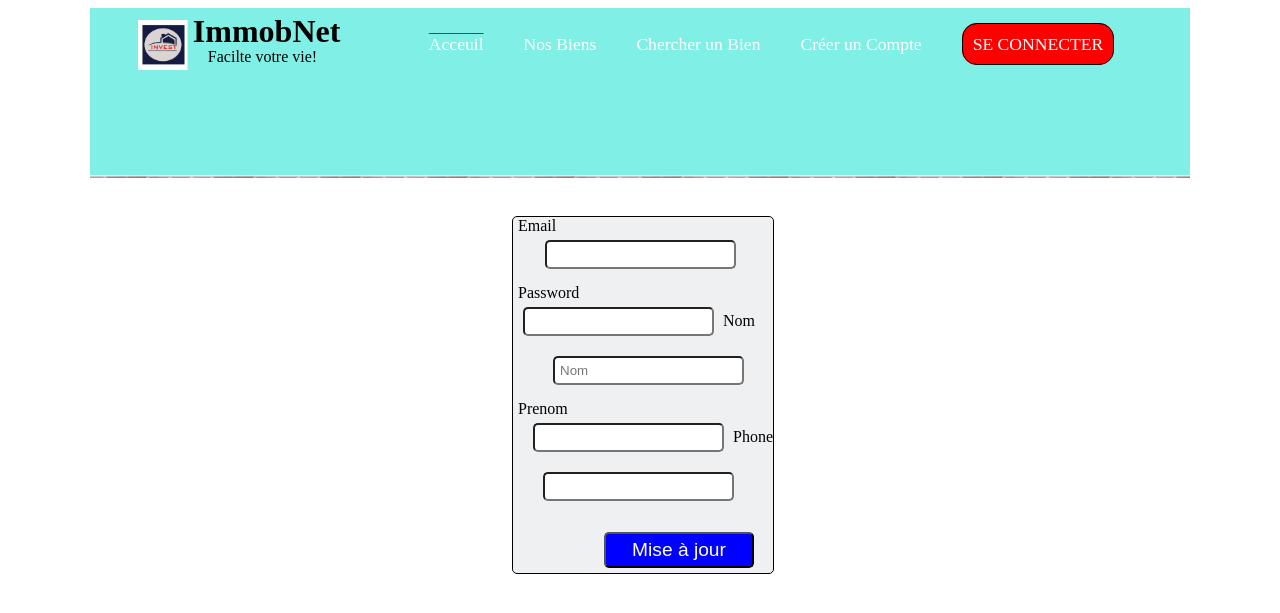
Repository: hassen-mnejja/Real_Estate_Agency_Website
Page: http://localhost/frontoffice/Personnel
An editor plug-in stored every save of this project. The page is shown before and after the next save, followed by the edit.
The browser window is 1280 px wide. The pictures show the whole page.
The page is served by Tomcat 9. Other server files are loaded and not shown.

Above is the page before, as saved 2020-06-26 17:37:38.

### frontoffice/WebContent/WEB-INF/personnel.jsp
<%@ page pageEncoding="UTF-8" %>
<%@ taglib uri="http://java.sun.com/jsp/jstl/core" prefix="c" %>
<!DOCTYPE html>
<html>
    <head>
        <meta charset="utf-8" />
        <link rel="stylesheet" href="style50.css" />
        <title>Acceuil</title>
    </head>
    <body>

         <div id="bloc_page">
        	<header>
        		<div id="logo">
        	    <img src="invest-image.png" title="Avec ImmobNet Trouvez ce que vous conviendrez" >
        	    <h1>ImmobNet</h1>
        	    <p>Facilte votre vie!</p>
        	    </div>
                <nav>
                	<ul>
                		<li><a href="Acceuil" ><span class="acceuil">Acceuil</span></a></li>
                		<li><a href="#">Nos Biens </a>
                		<ul class="down">
                			<li><a href="Image?nombre=2">Maison</a></li>
                			<li><a href="Image?nombre=1">Appartement</a></li>
                			<li><a href="Image?nombre=3">Studio</a></li>
                            <li><a href="Image?nombre=4">Emplacement</a></li>
                        </ul></li>
                		<li><a href="Image"> Chercher un Bien</a></li>

                		<c:choose>
                		<c:when test="${id==0 }">
                		<li ><a href="Image" > Créer un Compte</a></li>

                		<li class="blanc"><a href="User" class="couleur"> SE CONNECTER</a></li>
                		</c:when>

                		<c:otherwise>

                		<li><a href="Visite"> Visiter Mon compte</a></li>
                		 <li class="blanc"><a href="Deconnexion" class="couleur"> SE Déconnecter</a></li>


                		</c:otherwise>
                		</c:choose>


                    </ul>
                </nav>
            </header>


    <form method="post" action="Personnel">

    <span>
     <label for="inputEmail4">Email</label>
 </span>
    <input type="email" class="form-control" id="inputEmail4" name="email" value="${email }" required>


    <label for="inputPassword4">Password</label>
    <input type="password" class="form-control" id="inputPassword4" name="pwd1" value="${pwd1 }" required>
    <label for="inputAddress2">Nom</label>
    <input type="text" class="form-control" id="inputAddress2" placeholder="Nom" name="nom" value="${nom }" required>
    <label for="inputCity">Prenom</label>
    <input type="text" class="form-control" id="inputCity" name="prenom" value="${prenom }" required>
    <label for="inputZip">Phone</label>
    <input type="text" class="form-control" id="inputcity" name="num" value="${numtel}" required><br>
    <p>${message }</p>
    <button type="submit" class="btn btn-primary" style="width:150px">Mise à jour</button>
    </form>
    </div>
    </body>
</html>

### frontoffice/src/com/please/Personnel.java
package com.please;

import java.io.IOException;

import javax.servlet.ServletException;
import javax.servlet.http.HttpServlet;
import javax.servlet.http.HttpServletRequest;
import javax.servlet.http.HttpServletResponse;

import com.stp.Utilisateur;

public class Personnel extends HttpServlet {
	private static final long serialVersionUID = 1L;

	public Personnel() {
		super();

	}

	@Override
	protected void doGet(HttpServletRequest request, HttpServletResponse response) throws ServletException, IOException {
		request.setAttribute("pwd1", Utilisateur.password);
		request.setAttribute("nom", Utilisateur.nom);
		request.setAttribute("prenom", Utilisateur.prenom);
		request.setAttribute("numtel", Utilisateur.numtel);
		request.setAttribute("email", Utilisateur.email);
		request.setAttribute("id", Utilisateur.id);
		request.getRequestDispatcher("/WEB-INF/personnel.jsp").forward(request, response);
	}

	@Override
	protected void doPost(HttpServletRequest request, HttpServletResponse response) throws ServletException, IOException {
		String email = request.getParameter("email");
		String pwd = request.getParameter("pwd1");
		String nom = request.getParameter("nom");
		String prenom = request.getParameter("prenom");
		String tel = request.getParameter("num");
		String message;
		if (email == null && pwd == null && nom == null && prenom == null && tel == null) {
			message = "entrez-vous votre nouveaux coordonnes ";
		} else {
			Utilisateur u = new Utilisateur();
			boolean flag = u.UpdateClient(request);
			if (flag) {
				message = "la mise a jour est valid�";
				Utilisateur.email = request.getParameter("email");
				Utilisateur.password = request.getParameter("pwd1");
				Utilisateur.nom = request.getParameter("nom");
				Utilisateur.numtel = request.getParameter("num");
				// request.setAttribute("message", message);
			} else {
				message = "La mises a jour est echou� !! ";
				// request.setAttribute("message", message);
			}
		}
		request.setAttribute("pwd1", Utilisateur.password);
		request.setAttribute("nom", Utilisateur.nom);
		request.setAttribute("prenom", Utilisateur.prenom);
		request.setAttribute("numtel", Utilisateur.numtel);
		request.setAttribute("email", Utilisateur.email);
		request.setAttribute("message", message);
		request.setAttribute("id", Utilisateur.id);
		request.getRequestDispatcher("/WEB-INF/personnel.jsp").forward(request, response);
	}

}

### frontoffice/src/com/stp/Utilisateur.java
package com.stp;

import java.sql.Connection;
import java.sql.DriverManager;
import java.sql.PreparedStatement;
import java.sql.ResultSet;
import java.sql.SQLException;
import java.sql.Statement;
import java.util.ArrayList;
import java.util.List;

import javax.servlet.http.HttpServletRequest;

public class Utilisateur {
	public static int id;
	public static int bien;
	public static int entrer;
	public static String nom;
	public static String prenom;
	public static String email;
	public static String numtel;
	public static String password;
	public static List<String[]> listefavoris = new ArrayList<String[]>();
	private Connection connexion;
	private Statement st;
	private ResultSet rs;

	private void loadDatabase() {

		try {
			Class.forName("com.mysql.jdbc.Driver");
		} catch (ClassNotFoundException e) {}

		try {
			String url = "jdbc:mysql://localhost:3306/agence?useUnicode=true&useJDBCCompliantTimezoneShift=true&useLegacyDatetimeCode=false&serverTimezone=UTC";

			connexion = DriverManager.getConnection(url, "root", "");
		} catch (SQLException e) {
			e.printStackTrace();
		}
	}

	public int identifiant(HttpServletRequest request) {
		String emaile = request.getParameter("email");
		String passworde = request.getParameter("password");
		loadDatabase();
		try {
			st = connexion.createStatement();
			rs = st.executeQuery("select * from client c where " + "c.email='" + emaile + "'" + " AND c.password='" + passworde + "';");
			if (rs != null) {
				rs.next();
				id = rs.getInt("idclient");
				prenom = rs.getString("prenom");
				nom = rs.getString("nom");
				password = rs.getString("password");
				email = rs.getString("email");
				numtel = rs.getString("numtel");

			} else
				id = 0;
		} catch (SQLException e) {
			e.printStackTrace();
		} finally {
			// Fermeture de la connexion
			try {
				if (rs != null)
					rs.close();
				if (st != null)
					st.close();
				if (connexion != null)
					connexion.close();
				/*
				 * if (st1 != null) st.close();
				 */
			} catch (SQLException ignore) {
				ignore.printStackTrace();
			}

		}
		return id;
	}

	public void addClient(HttpServletRequest request) {
		loadDatabase();

		try {
			PreparedStatement ps = connexion.prepareStatement("insert into client(nom,prenom,password,email,numtel) values(?,?,?,?,?)");
			/* ps.setString(1,null); */
			String email = request.getParameter("email");
			String pwd1 = request.getParameter("pwd1");
			String nom = request.getParameter("nom");
			String prenom = request.getParameter("prenom");
			String tel = request.getParameter("num");
			this.prenom = prenom;
			this.email = email;
			this.password = pwd1;
			this.nom = nom;
			this.numtel = tel;
			ps.setString(1, nom);
			ps.setString(2, prenom);
			ps.setString(3, pwd1);
			ps.setString(4, email);
			ps.setString(5, tel);
			ps.executeUpdate();
		} catch (SQLException e) {

			e.printStackTrace();

		}
	}

	public int dernierligne() {
		loadDatabase();
		int i = 0;
		try {
			st = connexion.createStatement();
			rs = st.executeQuery("select * from client ;");

			while (rs.next())
				i = i + 1;
		} catch (SQLException e) {
			e.printStackTrace();
		}

		return i;
	}

	public boolean UpdateClient(HttpServletRequest request) {
		loadDatabase();
		boolean flag = false;
		String sql = "update client set password=?,numtel=?,nom=?,prenom=?,email=? where idclient=?";
		try {
			PreparedStatement ps = connexion.prepareStatement(sql);

			ps.setString(1, request.getParameter("pwd1"));
			ps.setString(2, request.getParameter("num"));
			ps.setString(3, request.getParameter("nom"));
			ps.setString(4, request.getParameter("prenom"));
			ps.setString(5, request.getParameter("email"));
			ps.setInt(6, id);
			if (ps.executeUpdate() > 0) {
				flag = true;

			}
			ps.close();
		} catch (SQLException e) {
			// TODO: handle exception
			e.printStackTrace();
		}
		return flag;

	}
}

### frontoffice/WebContent/style50.css
@CHARSET "ISO-8859-1";
#bloc_page
{
    width: 1100px;
    margin: auto;
   /*background-color:#80F0E6;*/
}
header
{
   display:flex;
   justify-content: space-around;
   background-color:#E4DEDD;
   /*#80F0E6
   background-color:#E4DEDD;*/
   height:170px;
   background: url('separateur.png') repeat-x bottom #80F0E6;
}
.acceuil
{
	text-decoration:overline red ;
}
/*navigation*/
nav ul
{
	display:flex;
	list-style: none;
}
nav ul a
{
	text-decoration:none;
	color:white;
	margin-right:40px;
	font-size: 1.1em;

}
.down
{
	display:none;
   /* margin-right:500px;*/
    padding: 0px;


}
.down a
{
	font-size: 0.9em;
}
a:hover
{
	color:red;
}
nav ul li:hover .down
{
	display:flex;
	flex-direction:column;
	margin-right:-30px;
}
#logo
{
	display:flex;
}
#logo img
{

	width:50px;
	height:50px;
	margin-top: 12px;
	margin-left: 12px;
}
#logo h1
{
	width:25px;
	margin-top:5px;
	margin-left:5px;

}
#logo p
{
	margin-top:40px;
	margin-left:-10px;
}
nav ul li
{
	margin-top:10px;
}

.essai
{
	/*width:70px;*/
	background-color:blue;
	margin-top:-20px;
}
.essai h1
{
	position:relative;
	top:50%;
	left:47%;
	color:white;
	font-size:1em;
}
/*.bordure
{
	border:1px black solid;
	padding:10px;
	border-radius: 15px 15px;
	background-color:red;
	<li><a href="#" class="bordure">Publier Une Annonce</a></li>
}*/
.couleur
{
	border:1px black solid;
	padding:10px;
	border-radius: 15px 15px;
	background-color:red;*/
	color:white;
	/*font-size:1em;*/

}
/*.blancc
{
	margin-top:20px;
}*/
.blancc a:hover{
	color: white;
}
.blanc a:hover{
	color: white;
}

article a:hover div
{
	opacity:1;
}
#conteneur
{
   margin-right:190px;
}

/*footer*/
#final
{
	background-color: #80F0D1;
}
footer
{
	display:flex;
	justify-content: space-around;
	height:250px;
	background: url('separateur.png') repeat-x top;

}
footer ul
{
	list-style: none;
	display:flex;
	flex-direction: column;
}
footer ul li
{
    margin-top: 20px;
    margin-right: 100px;
}
footer ul a
{
	text-decoration:none;
	color:white;

}
.element2 img
{
	width:20px;
	height: 20px;
	margin-right: 10px;
	margin-top: 100px;
}
.element1
{
	display:flex;
	flex-direction:column;

}
.element1 img
{
	width:100px;
	height: 100px;
	margin-left: 20px;

}
.element1 h1
{
    color:white;
   font-size: 1.3em;
   margin-left: 20px;
}
form
{
	width:260px;
	background-color: #eff0f1;
	border:1px solid black;
	border-radius: 5px;
	position:absolute;
	top:30%;
	left:40%;
}

.form-control
{
    margin-bottom:15px;
	margin-left:10px;
	border-radius:5px;
	padding:5px;
	margin-top:5px;


}
label
{

	margin-left:5px;
	font-style: bold;


}

button
{
	padding: 5px;
	position: relative;
	left: 35%;
	background-color:blue;
	border-radius: 5px;
	width:100px;
	margin-bottom: 5px;
	color: white;
	font-size: 1.2em;
	font-style: bold;
	cursor: pointer;
}
#inputEmail4
{margin-left: 32px;}
#inputAddress2
{margin-left: 40px;}
#inputcity
{margin-left: 30px;}
#inputCity
{margin-left: 20px;}
#inputCity1
{margin-left: 5px;}

After the next save:
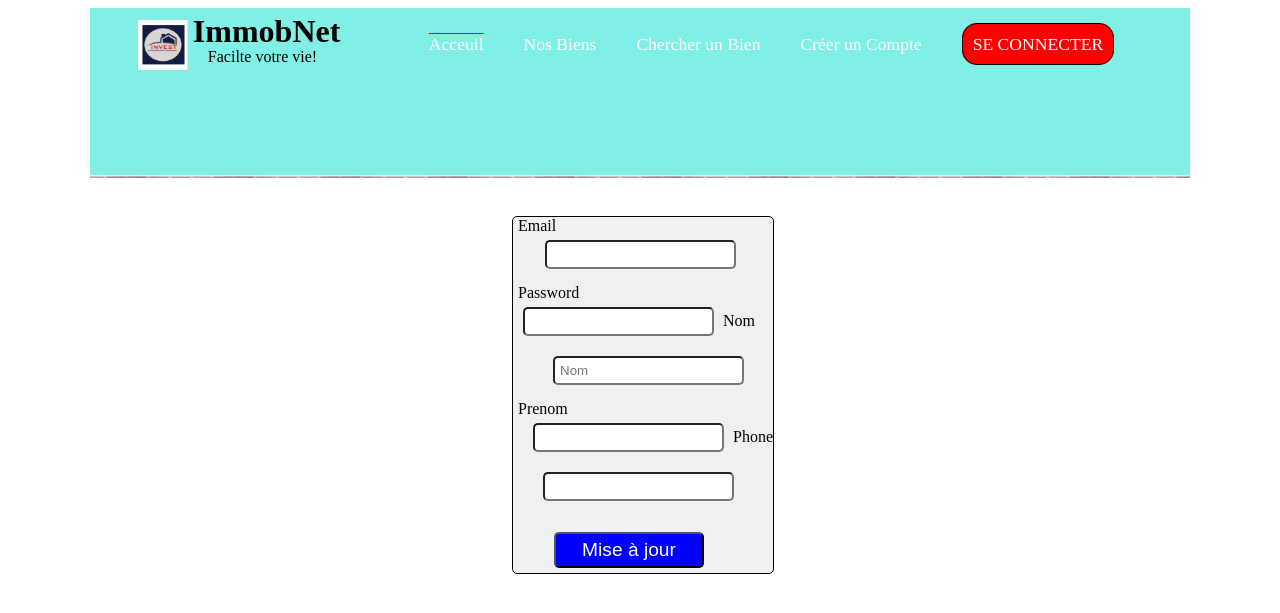
Saved 26 s later.
--- a/frontoffice/WebContent/WEB-INF/personnel.jsp
+++ b/frontoffice/WebContent/WEB-INF/personnel.jsp
@@ -67,7 +67,7 @@
     <label for="inputZip">Phone</label>
     <input type="text" class="form-control" id="inputcity" name="num" value="${numtel}" required><br>
     <p>${message }</p>
-    <button type="submit" class="btn btn-primary" style="width:150px">Mise à jour</button>
+    <button type="submit" class="btn btn-primary" style="width:150px; margin-left:-50px;">Mise à jour</button>
     </form>
     </div>
     </body>
